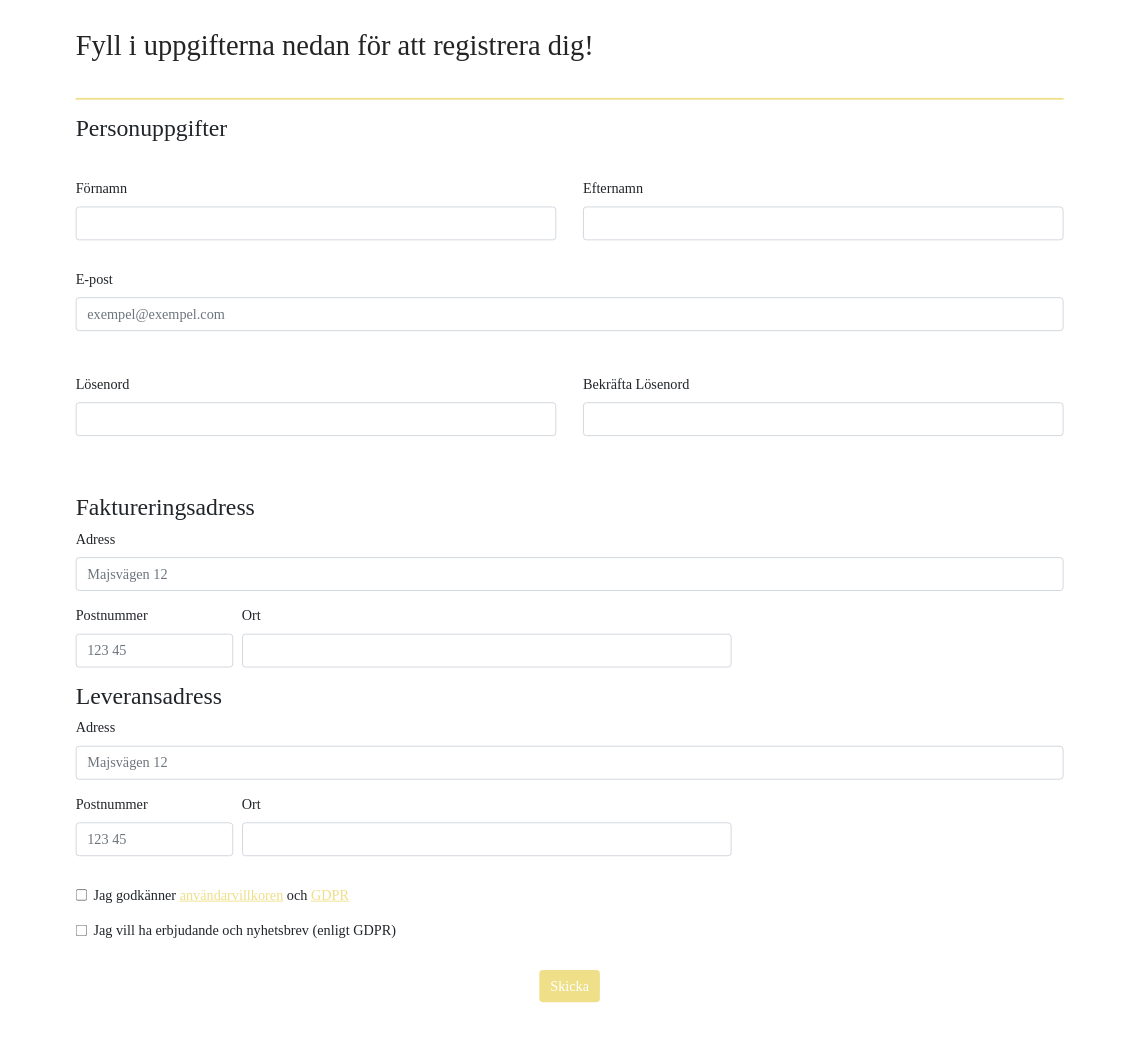
Repository: skepp4rn/Liamsuppgift3
Page: index.html
An editor plug-in stored every save of this project. The page is shown before and after the next save, followed by the edit.
The browser window is 1280 px wide. The pictures show the whole page, at 89% of full size.
Some web libraries are served in a nearby version.

Above is the page before, as saved 2020-12-06 13:29:08.
Console error (its wording comes from the project's code and is left out).

After the next save:
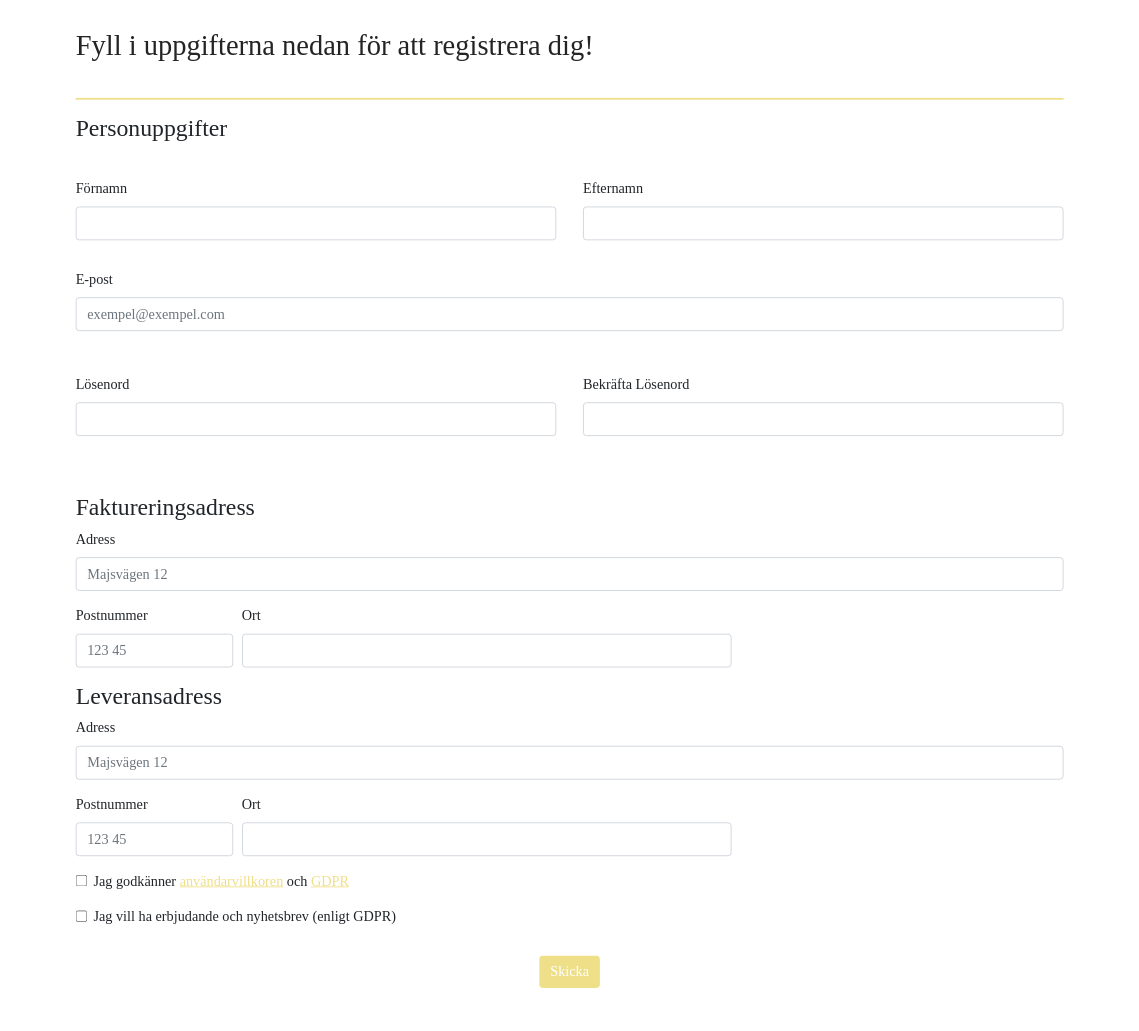
Saved 6 s later.
--- a/index.html
+++ b/index.html
@@ -101,7 +101,7 @@
                 <label for="inputZip">Postnummer</label>
                 <input type="text" class="form-control" id="inputZip" placeholder="123 45" required>
             </div>
-            <div class="form-group col-md-6 bottenspace">
+            <div class="form-group col-md-6 bottom">
                 <label for="inputCity">Ort</label>
                 <input type="text" class="form-control" id="inputCity" required>
             </div>
